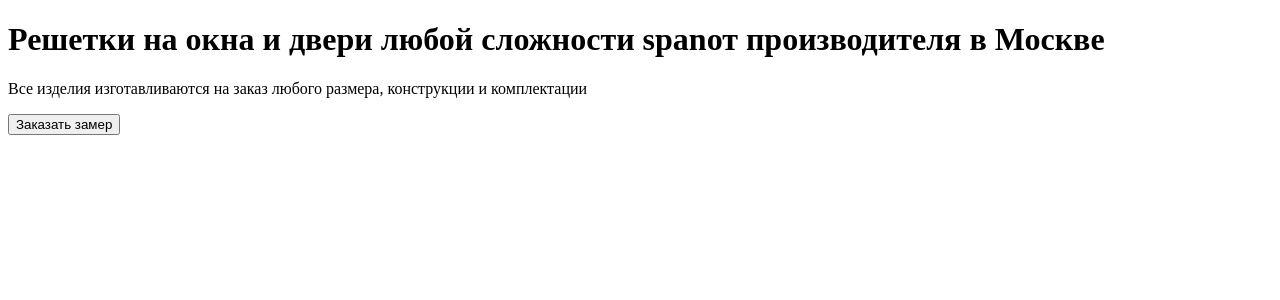
Repository: Nisovaki/https---github.com-Nisovaki-test
Page: Index.html
These files come from the project's save history. The page is drawn as it stood at one moment and after a run of saves; the edit follows.
The browser window is 1280 px wide. The pictures show the whole page.

Above is the page before, as saved 2022-05-13 11:40:38.

After the next 2 saves:
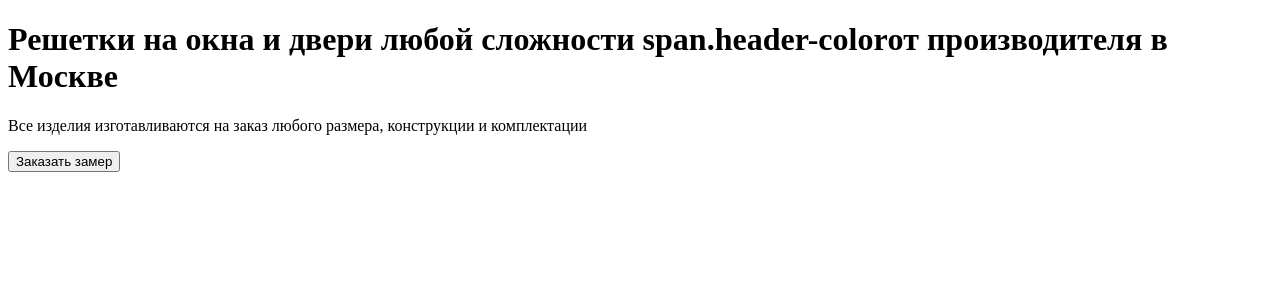
The 2 saves are shown as one change because they came seconds apart.
The last was saved 7 s later.
--- a/Index.html
+++ b/Index.html
@@ -9,7 +9,7 @@
 <body>
   <div class="header">
     <div class="container">
-      <h1 class="header__title">Решетки на окна и двери любой сложности spanот производителя в Москве</h1>
+      <h1 class="header__title">Решетки на окна и двери любой сложности span.header-colorот производителя в Москве</h1>
       <p class="header__text">Все изделия изготавливаются на заказ любого размера, конструкции и комплектации</p>
       <button class="header-button">Заказать замер</button>
     </div>
